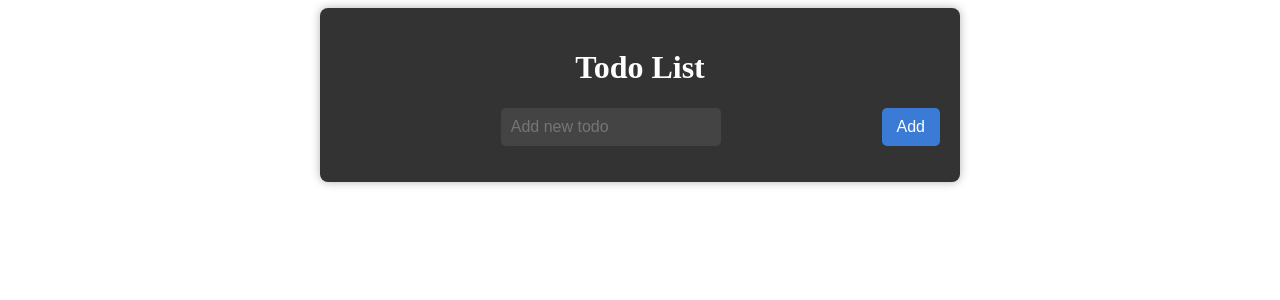
Repository: Tobby004/Todo-assignment
Page: / (app in todo-list-app/)
An editor plug-in stored every save of this project. The page is shown before and after the next save, followed by the edit.
The browser window is 1280 px wide. The pictures show the whole page.
The project was rebuilt for these pictures with package versions that can differ from the ones it lists, and the page was loaded fresh each time. Also part of the build but not shown: todo-list-app/vue.config.js.

Above is the page before, as saved 2023-12-06 16:47:34.

After the next save:
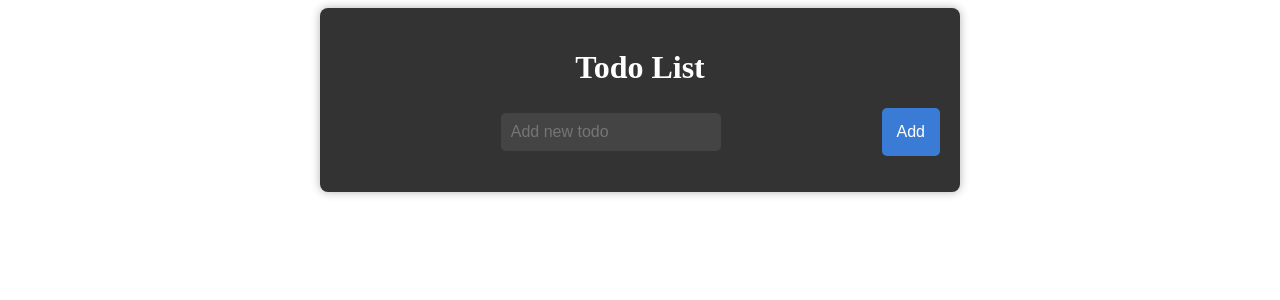
Saved 25 s later.
--- a/todo-list-app/src/App.vue
+++ b/todo-list-app/src/App.vue
@@ -93,7 +93,7 @@ h1 {
 }
 
 .add-button {
-  padding: 10px 15px;
+  padding:15px;
   border: none;
   border-radius: 5px;
   cursor: pointer;
